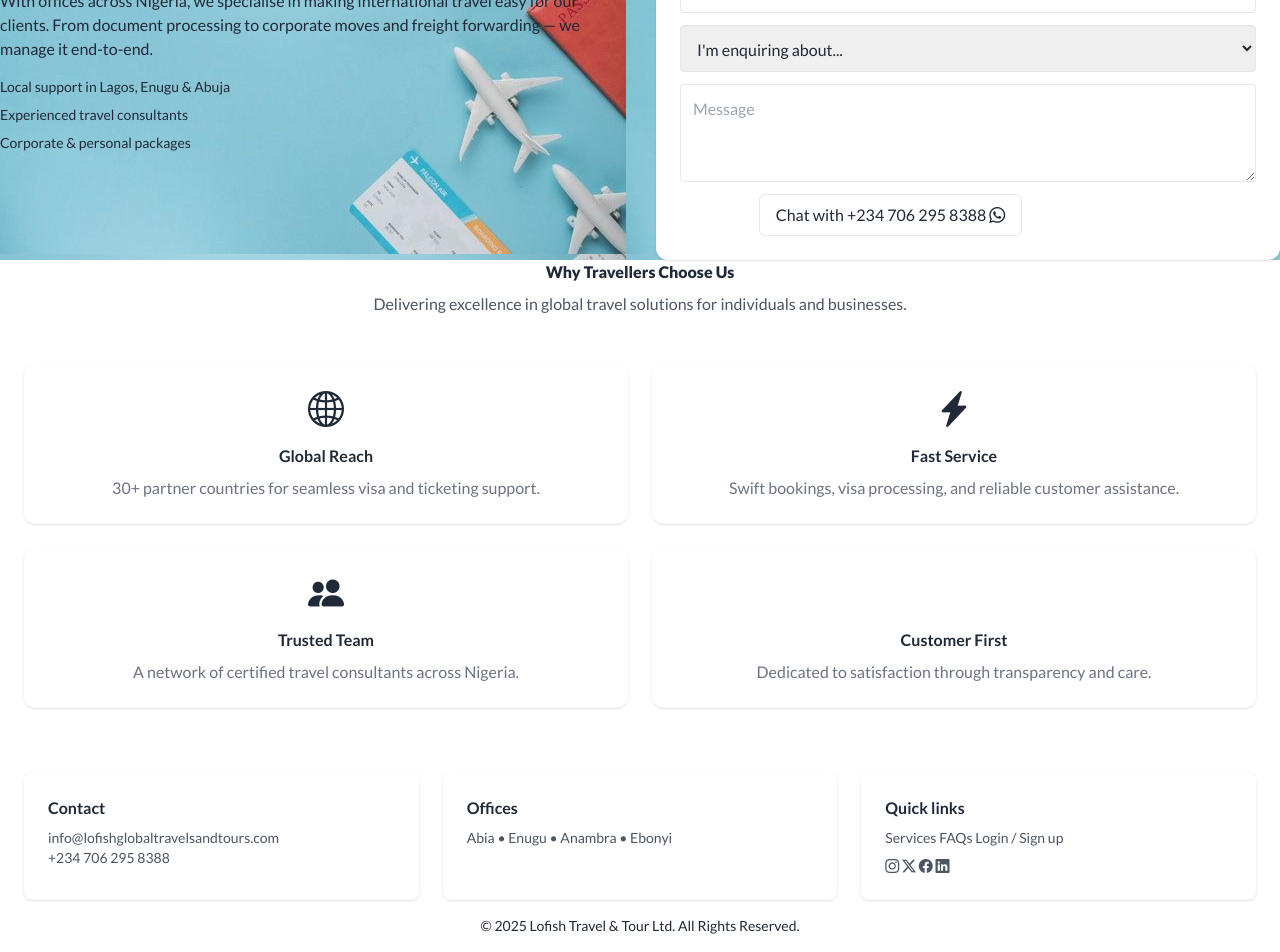
Repository: PhantomMiles/Lofish-Travels-and-Tours
Page: index.html
An editor plug-in stored every save of this project. The page is shown before and after the next save, followed by the edit.
The browser window is 1280 px wide. The pictures show the part of the page from y = 921 to 1873 px (the page is 1873 px tall).
Some web libraries are served in a nearby version.

Above is the page before, as saved 2025-11-12 16:23:28.
Console error (its wording comes from the project's code and is left out).

After the next save:
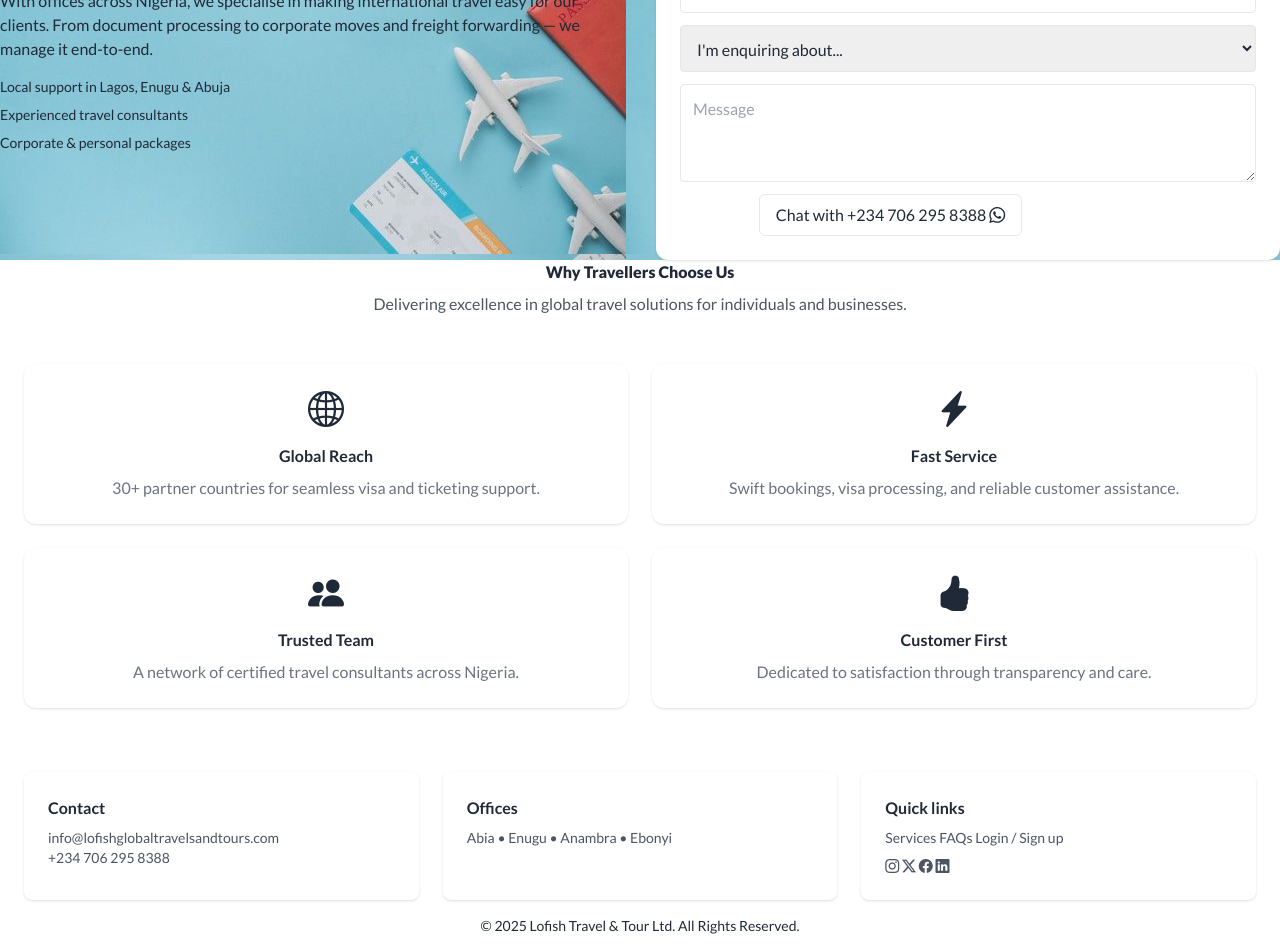
Saved 10 s later.
--- a/index.html
+++ b/index.html
@@ -342,7 +342,7 @@
         <div class="relative flex flex-col items-center text-center">
           <div
             class="flex items-center justify-center w-16 h-16 transition-all duration-500 rounded-full bg-gold group-hover:bg-gold/20">
-            <i class="text-4xl text-white transition-colors duration-500 bi bi-hand-thumbs-up-fill group-hover:text-gold"></i>
+            <i class="text-4xl transition-colors duration-500 text-gold/20 bi bi-hand-thumbs-up-fill group-hover:text-gold"></i>
           </div>
           <h3 class="mt-4 text-xl font-bold text-gray-800 transition-colors duration-500 group-hover:text-white">
             Customer First
